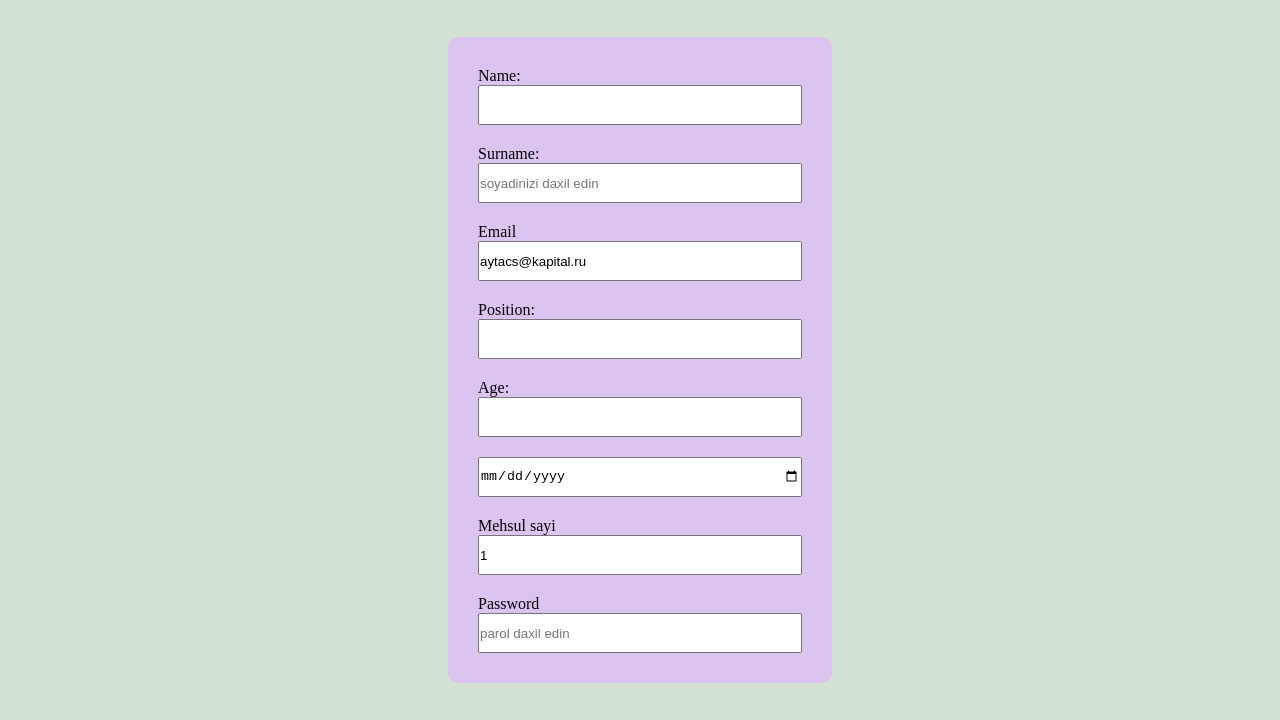
Repository: AytacSafarova/Form-lesson
Page: index.html
These files come from the project's save history. The page is drawn as it stood at one moment and after the next save; the edit follows.
The browser window is 1280 px wide. The pictures show the whole page.

Above is the page before, as saved 2023-08-29 14:44:51.

### index.html
<!DOCTYPE html>
<html lang="en">
<head>
    <meta charset="UTF-8">
    <meta name="viewport" content="width=device-width, initial-scale=1.0">
    <title>Document</title>
    <link rel="stylesheet" href="./index.css">
</head>
<body>
    <div>
        <form action="https://randomuser.me/api/">
            <label for="">
                Name:
                <input type="text" name="user-name">
            </label>
            <label for="">
                Surname:
                <input placeholder="soyadinizi daxil edin" type="text">
            </label>
            <label for="">
             Email
                <input placeholder="emaili daxil edin" type="email" value="aytacs@kapital.ru">
            </label>
            <label for="">
                Position:
                <input type="text">
            </label>
            <label for="">
                Age:
                <input type="number">
            </label>
            <label for="">
                <input type="date">
            </label>
            <label for="">
                Mehsul sayi
                <input placeholder="mehsul sayini daxil edin" type="number" value="1">
            </label>

            <label for="">
               Password
                <input placeholder="parol daxil edin" type="password" >
            </label>
        </form>
    </div>
</body>
</html>

### index.css
*{
    margin: 0;
    padding: 0;
    box-sizing: border-box;
}
div{
    background-color: #D4E2D4;
   min-height: 100vh;
   width: 100%;
   display: flex;
   justify-content: center;
   align-items: center;
}
form{
    width: 30%;
    padding: 30px;
    background-color: #DBC4F0;
    border-radius: 10px;
    display: flex;
    flex-direction: column;
    gap: 20px;
}
input{
width: 100%;
height: 40px;
color: ;
}

After the next save:
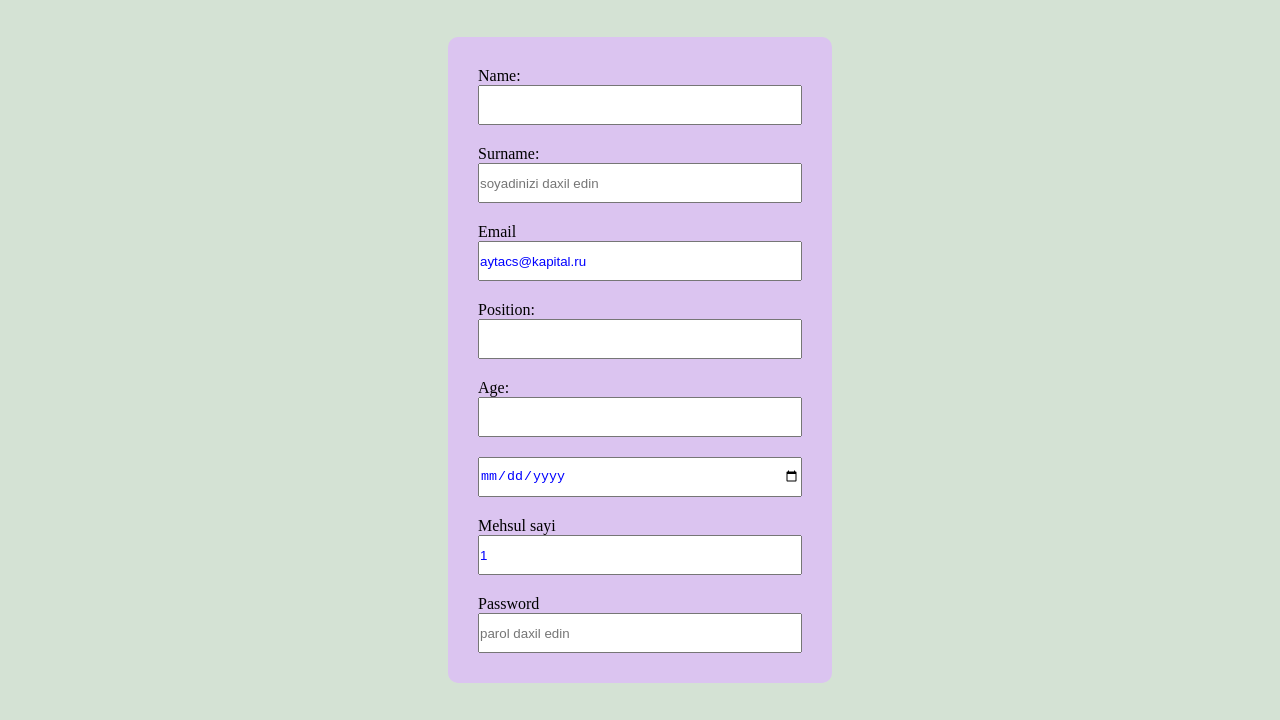
Saved 5 s later.
--- a/index.css
+++ b/index.css
@@ -23,5 +23,5 @@ form{
 input{
 width: 100%;
 height: 40px;
-color: ;
+color: blue;
 }
